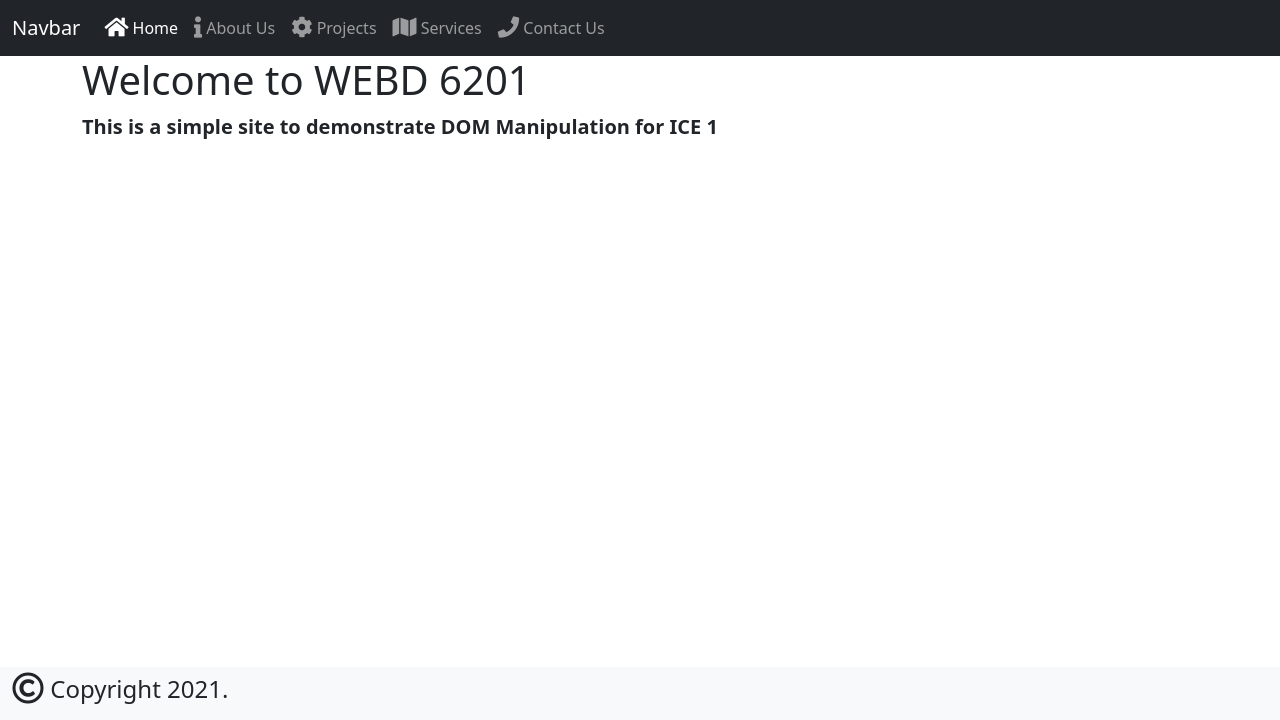
Repository: aphim/Webd6201-wk3
Page: index.html
These files come from the project's save history. The page is drawn as it stood at one moment and after the next save; the edit follows.
The browser window is 1280 px wide. The pictures show the whole page.

Above is the page before, as saved 2021-01-20 09:43:47.

After the next save:
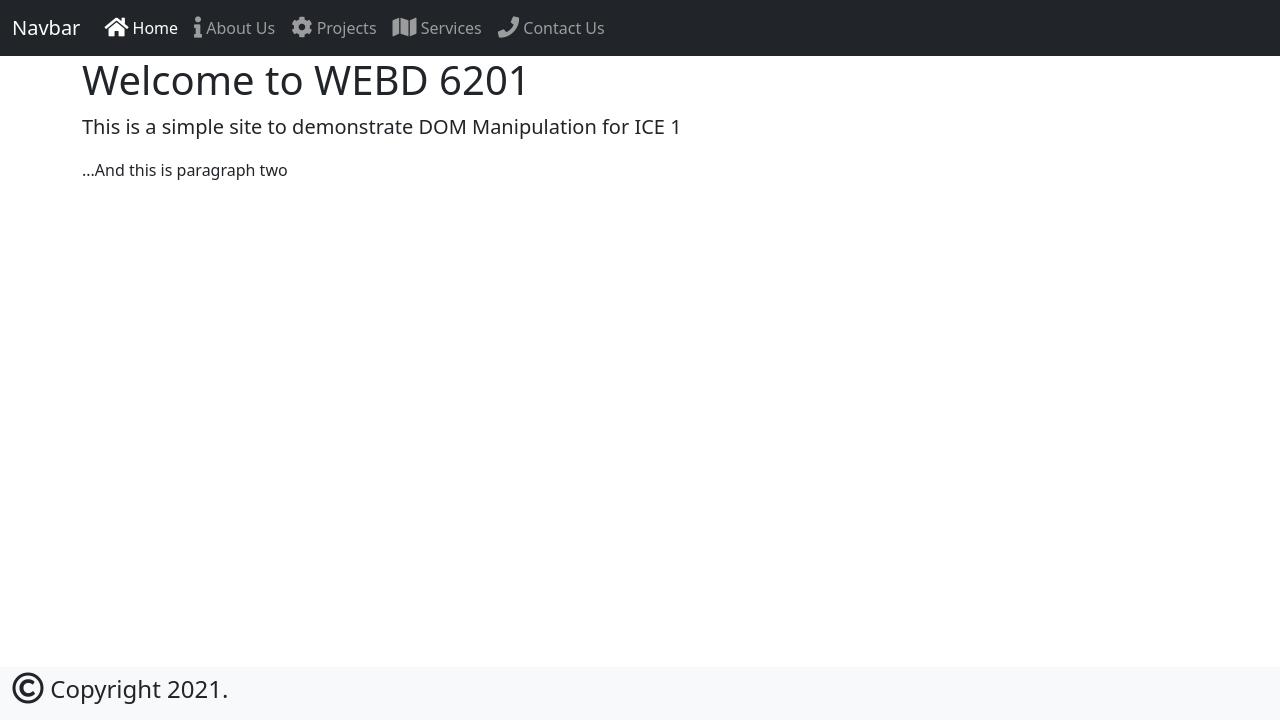
Saved 7 min 9 s later.
--- a/Scripts/app.js
+++ b/Scripts/app.js
@@ -25,7 +25,18 @@
         //console.log(paragraphOneQuery);
 
         paragraphOneElement.textContent = paragraphOneText;
-        paragraphOneElement.className = "fs-5 fw-bold";
+        paragraphOneElement.className = "fs-5";
+
+        // step 1. Create an element
+        let newParagraph = document.createElement("p");
+        //step 2. configure element
+        newParagraph.setAttribute("id", "paragraphTwo");
+        newParagraph.textContent = "...And this is paragraph two";
+
+        //Step 3. select the parent element
+        let mainContent = document.getElementsByTagName("main")[0];
+        //step 4. Add/insert the element
+        mainContent.appendChild(newParagraph);
     }
 
 
